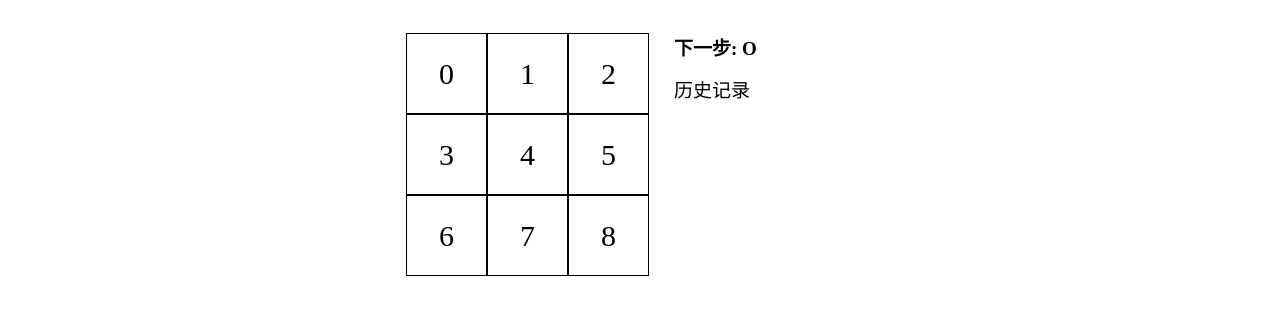
Repository: MiDouShiTongTong/react-tic-tac-toe
Page: /, after clicking the first element matching `section.square-container`
An editor plug-in stored every save of this project. The page is shown before and after a run of saves, followed by the edit.
The browser window is 1280 px wide. The pictures show the whole page.
The project was rebuilt for these pictures with package versions that can differ from the ones it lists, and the page was loaded fresh each time.

Above is the page before, as saved 2019-04-01 20:57:56.

After the next 2 saves:
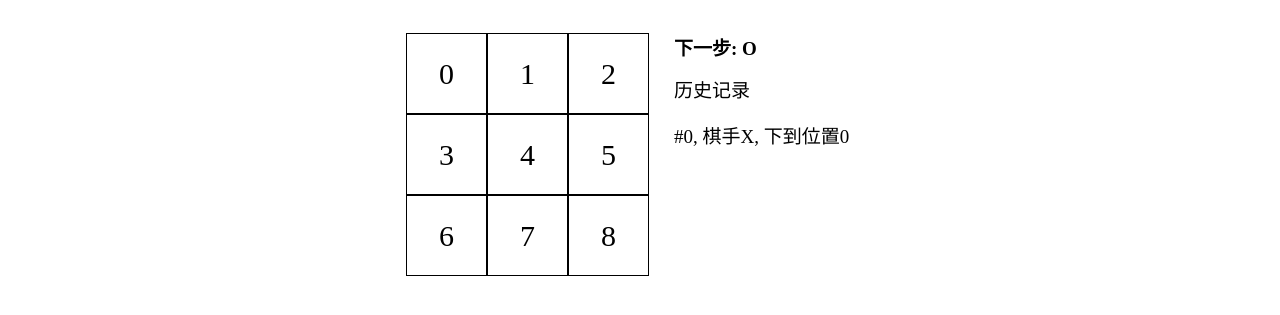
The 2 saves are shown as one change because they came seconds apart.
The last was saved 8 s later.
--- a/src/components/history-list/index.tsx
+++ b/src/components/history-list/index.tsx
@@ -17,7 +17,15 @@ export default class History extends React.Component<Props, State> {
     return (
       <section className="history-list-container">
         <span>历史记录</span>
-        {props.historyList.length > 0 ? <ul /> : null}
+        {props.historyList.length > 0 ? (
+          <ul>
+            {props.historyList.map(item => (
+              <li key={item.setpCount}>
+                #{item.stepCount}, 棋手{item.player}, 下到位置{item.pos}
+              </li>
+            ))}
+          </ul>
+        ) : null}
       </section>
     );
   };
